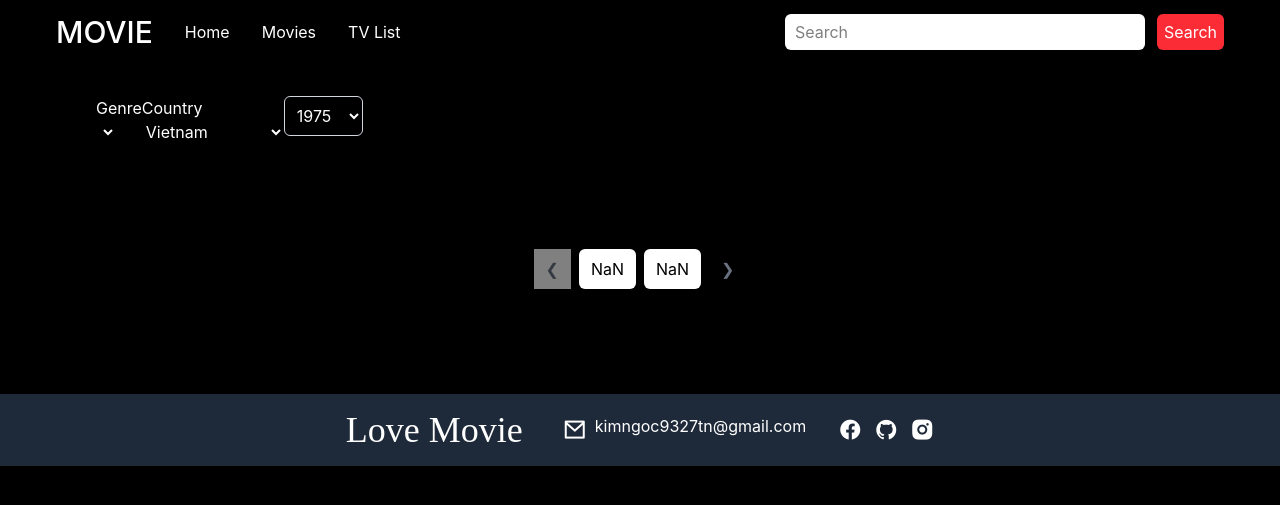
Repository: kimngoc9327/Love_Movie_Project
Page: /search
An editor plug-in stored every save of this project. The page is shown before and after the next save, followed by the edit.
The browser window is 1280 px wide. The pictures show the whole page.
The page's requests for data from a server got no answer. The project was rebuilt for these pictures with package versions that can differ from the ones it lists, and the page was loaded fresh each time. No one was signed in, and anything a server would have sent is missing. Also part of the build but not shown: vite.config.js, src/components/ui/VoteAverage.jsx, src/components/ui/MovieCard.jsx, src/components/ui/MovieList.jsx, src/components/ui/Banner.jsx, src/pages/Home.jsx, src/pages/MovieCategory.jsx, src/components/ui/PlayTrailerButton.jsx and 6 more.

Above is the page before, as saved 2025-03-29 18:04:15.

### index.html
<!DOCTYPE html>
<html lang="en">
  <head>
    <meta charset="UTF-8" />
    <link rel="icon" type="image/svg+xml" href="/love-movie-logo.ico" />
    <meta name="viewport" content="width=device-width, initial-scale=1.0" />
    <title>Love Movie</title>
  </head>
  <body>
    <div id="root"></div>
    <script type="module" src="/src/main.jsx"></script>
  </body>
</html>

### src/main.jsx
import { createRoot } from "react-dom/client";
import "./index.css";
import App from "./App.jsx";
import { store } from "./redux/store";
import { Provider } from "react-redux";
import { BrowserRouter } from "react-router-dom";

createRoot(document.getElementById("root")).render(
  <BrowserRouter>
    <Provider store={store}>
      <App />
    </Provider>
  </BrowserRouter>
);

### src/index.css
@import "tailwindcss";
@import "remixicon/fonts/remixicon.css";

:root {
  font-family: Inter, system-ui, Avenir, Helvetica, Arial, sans-serif;
  background-color: black;
}

/* a {
  font-weight: 500;
  color: #646cff;
  text-decoration: inherit;
}
a:hover {
  color: #535bf2;
}

body {
  margin: 0;
  display: flex;
  place-items: center;
  min-width: 320px;
  min-height: 100vh;
}

h1 {
  font-size: 3.2em;
  line-height: 1.1;
}

button {
  border-radius: 8px;
  border: 1px solid transparent;
  padding: 0.6em 1.2em;
  font-size: 1em;
  font-weight: 500;
  font-family: inherit;
  background-color: #1a1a1a;
  cursor: pointer;
  transition: border-color 0.25s;
}
button:hover {
  border-color: #646cff;
}
button:focus,
button:focus-visible {
  outline: 4px auto -webkit-focus-ring-color;
}

@media (prefers-color-scheme: light) {
  :root {
    color: #213547;
    background-color: #ffffff;
  }
  a:hover {
    color: #747bff;
  }
  button {
    background-color: #f9f9f9;
  }
} */

### src/App.jsx
import { Route, Routes } from "react-router-dom";
import publicRoutes from "./routes";
import DefaultLayout from "./components/layout/DefaultLayout";
import { Fragment } from "react";
function App() {
  return (
    <>
      <Routes>
        {publicRoutes.map((route, index) => {
          const Page = route.component;
          let Layout = DefaultLayout;
          if (route.layout) {
            Layout = route.layout;
          } else if (route.layout === null) {
            Layout = Fragment;
          }
          return (
            <Route
              key={index}
              path={route.path}
              element={
                <Layout>
                  <Page />
                </Layout>
              }
            />
          );
        })}
      </Routes>
    </>
  );
}

export default App;

### src/redux/store.jsx
import { createStore, applyMiddleware } from "redux";
import { rootReducer } from "./rootReducer";
import { thunk } from "redux-thunk";

const store = createStore(rootReducer, applyMiddleware(thunk));

export { store };

### src/routes/index.jsx
import DefaultLayout from "../components/layout/DefaultLayout";
import Home from "../pages/Home";
import MovieCategory from "../pages/MovieCategory";
import Movie from "../pages/Movie";
import MovieGenre from "../pages/MovieGenre";
import SearchMovie from "../pages/SearchMovie";
// import SearchMovie from "../pages/SearchMovie";

const publicRoutes = [
  { path: "/", component: Home, layout: DefaultLayout },
  { path: "/genre", component: MovieGenre, layout: DefaultLayout },
  { path: "/movieCategory", component: MovieCategory, layout: DefaultLayout },
  { path: "/movie", component: Movie, layout: DefaultLayout },
  { path: "/search", component: SearchMovie, layout: DefaultLayout },
];

export default publicRoutes;

### src/components/layout/DefaultLayout.jsx
import Header from "./Header";
import Footer from "./Footer";
import PropTypes from "prop-types";

function DefaultLayout({ children }) {
  return (
    <div>
      <Header />
      <div>{children}</div>
      <Footer />
    </div>
  );
}

DefaultLayout.propTypes = {
  children: PropTypes.any,
};

export default DefaultLayout;

### src/redux/rootReducer.jsx
import { combineReducers } from "redux";
import movieReducer from "./reducer/movieReducer";

export const rootReducer = combineReducers({
  movieReducer,
});

### src/pages/SearchMovie.jsx
import { useEffect, useState } from "react";
import { useDispatch, useSelector } from "react-redux";
import { useLocation, useNavigate } from "react-router-dom";
import { searchMovie } from "../redux/actions/movieActions";
import MovieCard from "../components/ui/MovieCard";
import { POSTER_PATH } from "../constants/constants";
import PaginationButton from "../components/ui/PaginationButton";
import MovieFilterBar from "../components/ui/MovieFilterBar";

function SearchMovie() {
  const dispatch = useDispatch();
  const location = useLocation();
  const navigate = useNavigate();

  const queryParams = new URLSearchParams(location.search);
  const query = queryParams.get("query");
  const movies = useSelector((state) => state.movieReducer.search);
  const [page, setPage] = useState(1);

  useEffect(() => {
    if (query) {
      const params = {
        page: page,
        query: query,
      };
      dispatch(searchMovie(params));
    }
  }, [dispatch, query, page]);

  useEffect(() => {
    console.log(movies);
  });

  const totalPages = movies?.total_pages;

  const handleSelectMovie = (id) => {
    navigate(`/movie?id=${id}`);
  };

  return (
    <div className="flex flex-col items-center  m-24 ">
      <MovieFilterBar />

      <div className="grid grid-cols-4 gap-8  my-12">
        {movies?.results
          ?.filter((movie) => movie.title && movie.poster_path)
          .map((movie) => (
            <div onClick={() => handleSelectMovie(movie?.id)} key={movie.id}>
              <MovieCard
                title={movie?.title}
                poster={POSTER_PATH + movie?.poster_path}
                vote={Number(movie?.vote_average.toFixed(2))}
              />
            </div>
          ))}
      </div>
      <PaginationButton
        currentPage={page}
        onPageChange={setPage}
        totalPages={totalPages}
      />
    </div>
  );
}

export default SearchMovie;

### src/components/layout/Header.jsx
import { Link } from "react-router-dom";
import MovieDropdown from "../ui/MovieDropdown";
import SearchInput from "../ui/SearchInput";

const Header = () => {
  return (
    <div className="flex fixed z-50 w-screen top-0 items-center text-white p-[24px] h-[64px] bg-black">
      <div className="flex space-x-8 items-center ml-8">
        <Link to="/">
          <p className="hover:text-red-500 font-medium text-3xl">MOVIE</p>
        </Link>
        <Link to="/">
          <p className="hover:text-red-500 text-base">Home</p>
        </Link>
        <MovieDropdown />
        <p className="hover:text-red-500  text-base">TV List</p>
      </div>
      <SearchInput />
    </div>
  );
};

export default Header;

### src/components/layout/Footer.jsx
function Footer() {
  return (
    <div className="flex space-x-10 mt-12 p-4 items-center justify-center text-white bg-gray-800">
      <p className="font-[fantasy] text-4xl ">Love Movie</p>
      <div className="flex space-x-8">
        <div className="space-y-3">
          <div className="flex space-x-2">
            <i className="ri-mail-line text-2xl"></i>{" "}
            <p>kimngoc9327tn@gmail.com</p>
          </div>
        </div>
        <div className="flex space-x-3">
          <i className="ri-facebook-circle-fill  text-2xl"></i>
          <i className="ri-github-fill  text-2xl"></i>
          <i className="ri-instagram-fill  text-2xl"></i>
        </div>
      </div>
    </div>
  );
}

export default Footer;

### src/redux/reducer/movieReducer.jsx
import {
  GET_GENRE_MOVIE,
  GET_MOVIE,
  GET_MOVIE_COLLECTION,
  GET_MOVIE_DISCOVER,
  GET_MOVIES,
  SEARCH_MOVIE,
} from "../types";

const initialState = {
  movies: {},
  genres: {},
  search: {},
  collection: null,
  currentMovie: null,
};

const movieReducer = (state = initialState, action) => {
  switch (action.type) {
    case GET_MOVIES:
      return {
        ...state,
        movies: { ...state.movies, [action.category]: action.payload },
      };
    case GET_MOVIE_DISCOVER:
      return { ...state, movies: action.payload };
    case GET_MOVIE_COLLECTION:
      return { ...state, collection: action.payload };
    case GET_GENRE_MOVIE:
      return { ...state, genres: action.payload };
    case SEARCH_MOVIE:
      return { ...state, search: action.payload };
    case GET_MOVIE:
      return { ...state, currentMovie: action.payload };
    default:
      return state;
  }
};

export default movieReducer;

### src/redux/actions/movieActions.jsx
import axios from "axios";
import {
  GET_MOVIES,
  GET_MOVIE,
  GET_MOVIE_DISCOVER,
  GET_GENRE_MOVIE,
  GET_MOVIE_COLLECTION,
  SEARCH_MOVIE,
} from "../types";
import { AUTH_TOKEN, BASE_URL } from "../../constants/constants";

const getMovies =
  (category, params = {}) =>
  async (dispatch) => {
    try {
      const response = await axios.get(`${BASE_URL}/movie/${category}`, {
        headers: {
          Authorization: `Bearer ${AUTH_TOKEN}`,
        },
        params: {
          ...params,
        },
      });

      dispatch({ type: GET_MOVIES, payload: response.data, category });
    } catch (error) {
      console.error(error);
    }
  };

const getMovieDiscover =
  (params = {}) =>
  async (dispatch) => {
    try {
      const response = await axios.get(`${BASE_URL}/discover/movie`, {
        headers: {
          Authorization: `Bearer ${import.meta.env.VITE_API_TOKEN}`,
        },
        params: {
          ...params,
        },
      });

      dispatch({ type: GET_MOVIE_DISCOVER, payload: response.data });
    } catch (error) {
      console.log(error);
    }
  };

const getGenreMovie = () => async (dispatch) => {
  try {
    const response = await axios.get(`${BASE_URL}/genre/movie/list`, {
      headers: {
        Authorization: `Bearer ${AUTH_TOKEN}`,
      },
    });

    dispatch({ type: GET_GENRE_MOVIE, payload: response.data });
  } catch (error) {
    console.log(error);
  }
};

const getMovieCollection = (id) => async (dispatch) => {
  try {
    const response = await axios.get(`${BASE_URL}/collection/${id}`, {
      headers: {
        Authorization: `Bearer ${AUTH_TOKEN}`,
      },
    });
    dispatch({ type: GET_MOVIE_COLLECTION, payload: response.data });
  } catch (error) {
    console.log(error);
  }
};

const searchMovie =
  (params = {}) =>
  async (dispatch) => {
    try {
      const response = await axios.get(`${BASE_URL}/search/movie`, {
        headers: {
          Authorization: `Bearer ${AUTH_TOKEN}`,
        },
        params: {
          ...params,
        },
      });

      dispatch({ type: SEARCH_MOVIE, payload: response.data });
    } catch (error) {
      console.log(error);
    }
  };

const getMovie = (id) => async (dispatch) => {
  try {
    const response = await axios.get(`${BASE_URL}/movie/${id}`, {
      headers: {
        Authorization: `Bearer ${AUTH_TOKEN}`,
      },
      params: {
        append_to_response: "videos,translations,casts",
        language: "en-US",
      },
    });

    dispatch({ type: GET_MOVIE, payload: response.data });
  } catch (error) {
    console.log(error);
  }
};

export {
  getMovies,
  getMovie,
  getMovieDiscover,
  getGenreMovie,
  getMovieCollection,
  searchMovie,
};

### src/constants/constants.jsx
export const API_KEY = import.meta.env.VITE_API_KEY;
export const AUTH_TOKEN = import.meta.env.VITE_API_TOKEN;
export const DEFAULT_IMAGE =
  "https://www.themoviedb.org/assets/2/v4/glyphicons/basic/glyphicons-basic-38-picture-grey-c2ebdbb057f2a7614185931650f8cee23fa137b93812ccb132b9df511df1cfac.svg";
export const POSTER_PATH = `https://image.tmdb.org/t/p/w500`;
export const BACKDROP_PATH = `https://image.tmdb.org/t/p/original`;
export const BASE_URL = `https://api.themoviedb.org/3`;

### src/components/ui/PaginationButton.jsx
import PropTypes from "prop-types";

const PaginationButton = ({ currentPage, totalPages, onPageChange }) => {
  const getPageNumbers = () => {
    const pages = [];
    const maxPages = Math.min(totalPages, 500);

    if (maxPages <= 6) {
      for (let i = 1; i <= maxPages; i++) pages.push(i);
    } else {
      if (currentPage > 1) pages.push(1, "...");

      if (currentPage < maxPages - 1) {
        pages.push(currentPage);
        if (currentPage + 1 <= maxPages) pages.push(currentPage + 1);
        if (currentPage + 2 <= maxPages) pages.push(currentPage + 2);
      }

      if (currentPage < maxPages - 2) pages.push("...");

      pages.push(maxPages - 1, maxPages);
    }

    return pages;
  };

  return (
    <div className="flex items-center space-x-2 border rounded-md px-4 py-2">
      <button
        className={`px-3 py-2 bg-white text-gray-500 hover:cursor-pointer ${
          currentPage === 1
            ? "opacity-50 cursor-not-allowed"
            : "hover:bg-gray-200"
        }`}
        disabled={currentPage === 1}
        onClick={() => onPageChange(currentPage - 1)}
      >
        ❮
      </button>

      {getPageNumbers().map((page, index) =>
        page === "..." ? (
          <span key={index} className="px-3 py-2 text-gray-500 ">
            ...
          </span>
        ) : (
          <button
            key={index}
            className={`px-3 py-2 bg-white rounded-md hover:cursor-pointer ${
              currentPage === page
                ? "!bg-indigo-600 text-white"
                : "hover:bg-gray-200"
            }`}
            onClick={() => onPageChange(page)}
          >
            {page}
          </button>
        )
      )}

      <button
        className={`px-3 py-2 text-gray-500 hover:cursor-pointer ${
          currentPage === totalPages
            ? "opacity-50 cursor-not-allowed"
            : "hover:bg-gray-200"
        }`}
        disabled={currentPage === totalPages}
        onClick={() => onPageChange(currentPage + 1)}
      >
        ❯
      </button>
    </div>
  );
};

PaginationButton.propTypes = {
  currentPage: PropTypes.any,
  onPageChange: PropTypes.any,
  totalPages: PropTypes.any,
};

export default PaginationButton;

### src/components/ui/MovieFilterBar.jsx
import { useEffect } from "react";
import { useDispatch, useSelector } from "react-redux";
import { getGenreMovie } from "../../redux/actions/movieActions";

function MovieFilterBar() {
  const countries = [
    {
      name: "Vietnam",
      iso_3166_1: "VN",
    },
    {
      name: "South Korea",
      iso_3166_1: "KR",
    },
    {
      name: "China",
      iso_3166_1: "CN",
    },
    {
      name: "Japan",
      iso_3166_1: "JP",
    },
    {
      name: "Taiwan",
      iso_3166_1: "TW",
    },
    {
      name: "Hong Kong",
      iso_3166_1: "HK",
    },
    {
      name: "Thailand",
      iso_3166_1: "TH",
    },
    {
      name: "Indonesia",
      iso_3166_1: "ID",
    },
    {
      name: "United Kingdom",
      iso_3166_1: "GB",
    },
    {
      name: "United States",
      iso_3166_1: "US",
    },
    {
      name: "France",
      iso_3166_1: "FR",
    },
    {
      name: "India",
      iso_3166_1: "IN",
    },
  ];

  const startYear = 1975;
  const endYear = 2025;
  const years = Array.from(
    { length: endYear - startYear + 1 },
    (_, i) => startYear + i
  );

  const dispatch = useDispatch();
  const genres = useSelector((state) => state.movieReducer.genres);

  useEffect(() => {
    dispatch(getGenreMovie());
  }, [dispatch]);
  return (
    <div className="flex text-white w-full">
      <div>
        <p>Genre</p>
        <select>
          {genres?.genres?.map((genre, index) => (
            <option key={index}> {genre.name} </option>
          ))}
        </select>
      </div>

      <div>
        <p>Country</p>
        <select name="" id="">
          {countries.map((country, index) => (
            <option key={index} value={country.iso_3166_1}>
              {country.name}
            </option>
          ))}
        </select>
      </div>

      <div>
        <select className="border border-gray-300 rounded-md p-2">
          {years.map((year) => (
            <option key={year} value={year}>
              {year}
            </option>
          ))}
        </select>
      </div>
    </div>
  );
}

export default MovieFilterBar;

### src/components/ui/MovieDropdown.jsx
import { Menu, MenuButton, MenuItem, MenuItems } from "@headlessui/react";
import { useEffect, useState } from "react";
import { useDispatch, useSelector } from "react-redux";
import {
  getGenreMovie,
  getMovieDiscover,
} from "../../redux/actions/movieActions";
import { useNavigate } from "react-router-dom";

function MovieDropdown() {
  const [isOpen, setIsOpen] = useState(false);
  const dispatch = useDispatch();
  const navigate = useNavigate();
  const genres = useSelector((state) => state.movieReducer.genres);

  useEffect(() => {
    dispatch(getGenreMovie());
  }, [dispatch]);

  const handleGenreSelect = (genreId) => {
    dispatch(getMovieDiscover(genreId));
    navigate(`/genre?genre=${genreId}`);
    setIsOpen(false);
  };

  return (
    <div className="relative" onMouseUp={() => setIsOpen(true)}>
      <Menu>
        <MenuButton className="hover:text-red-500 text-base">Movies</MenuButton>
        {isOpen && (
          <MenuItems className="grid grid-cols-3 gap-4 absolute left-0 mt-2 w-150 p-2 origin-top-right rounded-md bg-black ring-1 z-40 focus:outline-none">
            {genres?.genres?.map((genre) => (
              <MenuItem
                id={genre.id}
                key={genre.id}
                as="div"
                className="px-4 py-2 text-white hover:bg-gray-700 cursor-pointer"
                onClick={() => handleGenreSelect(genre.id)}
              >
                {genre.name}
              </MenuItem>
            ))}
          </MenuItems>
        )}
      </Menu>
    </div>
  );
}

export default MovieDropdown;

### src/components/ui/SearchInput.jsx
// import { useEffect, useState } from "react";
// import { useDispatch, useSelector } from "react-redux";
// import { useLocation, useNavigate } from "react-router-dom";
// import { searchMovie } from "../../redux/actions/movieActions";
// import { POSTER_PATH } from "../../constants/constants";

// function SearchInput() {
//   const navigate = useNavigate();
//   const dispatch = useDispatch();
//   const location = useLocation();
//   const movies = useSelector((state) => state.movieReducer.search);
//   // const [page, setPage] = useState(1);
//   const [query, setQuery] = useState("");
//   const [showResults, setShowResults] = useState(false);

//   useEffect(() => {
//     const timer = setTimeout(() => {
//       dispatch(searchMovie({ query: query }));
//       setShowResults(true);
//     }, 500);

//     return () => clearTimeout(timer);
//   }, [dispatch, query]);

//   useEffect(() => {
//     setShowResults(false);
//   }, [location.pathname, location.search]);

//   const handleSearch = (e) => {
//     e.preventDefault();
//     navigate(`/search?query=${query}`);
//   };

//   const handleSelectMovie = (id) => {
//     navigate(`/movie?id=${id}`);
//     setShowResults(false);
//     setQuery("");
//   };

//   return (
//     <>
//       <form
//         onSubmit={handleSearch}
//         className="ml-auto mr-8  flex items-center space-x-3"
//       >
//         <input
//           className="h-[36px] w-90 text-black pl-[10px] bg-white rounded-md "
//           placeholder="Search"
//           value={query || ""}
//           onChange={(e) => setQuery(e.target.value)}
//         />
//         <button
//           type="submit"
//           className="bg-red-500 px-[7px] h-[36px] text-center rounded-md"
//         >
//           Search
//         </button>

//         {showResults && movies?.results?.length > 0 && (
//           <div className="absolute w-90 top-14 bg-black text-white mt-2 rounded-md shadow-lg p-2">
//             {movies?.results?.slice(0, 8).map((movie, index) => (
//               <div
//                 onClick={() => handleSelectMovie(movie?.id)}
//                 key={index}
//                 className=" p-2 cursor-pointer hover:bg-gray-800 flex space-x-4 items-center"
//               >
//                 <img
//                   src={POSTER_PATH + movie.poster_path}
//                   className="object-cover w-10 h-10"
//                 />
//                 <span className="text-gray-300">{movie.title}</span>
//               </div>
//             ))}
//           </div>
//         )}
//       </form>
//     </>
//   );
// }

// export default SearchInput;

import { useEffect, useState, useRef } from "react";
// import { useDispatch, useSelector } from "react-redux";
import { useLocation, useNavigate } from "react-router-dom";
// import { searchMovie } from "../../redux/actions/movieActions";
import { AUTH_TOKEN, BASE_URL, POSTER_PATH } from "../../constants/constants";
import axios from "axios";

function SearchInput() {
  const navigate = useNavigate();
  // const dispatch = useDispatch();
  const location = useLocation();
  // const movies = useSelector((state) => state.movieReducer.search);
  const [query, setQuery] = useState("");
  const [showResults, setShowResults] = useState(false);

  // Tạo ref để tham chiếu đến hộp kết quả tìm kiếm
  const resultsRef = useRef(null);

  const [suggestions, setSuggestions] = useState([]); // Thêm state cục bộ để lưu kết quả gợi ý

  useEffect(() => {
    if (query.trim() === "") {
      setSuggestions([]);
      return;
    }

    const timer = setTimeout(async () => {
      try {
        const response = await axios.get(`${BASE_URL}/search/movie`, {
          headers: {
            Authorization: `Bearer ${AUTH_TOKEN}`,
          },
          params: {
            query: query,
            include_adult: false,
            language: "en-US",
            page: 1,
          },
        });

        setSuggestions(response.data);
        setShowResults(true);
      } catch (error) {
        console.error("Lỗi khi tìm kiếm phim:", error);
        setSuggestions([]);
      }
    }, 500);

    return () => clearTimeout(timer);
  }, [query]);

  useEffect(() => {
    console.log(suggestions);
  });

  useEffect(() => {
    setShowResults(false);
  }, [location.pathname, location.search]);

  // Đóng showResults khi click ra ngoài
  useEffect(() => {
    function handleClickOutside(event) {
      if (resultsRef.current && !resultsRef.current.contains(event.target)) {
        setShowResults(false);
      }
    }

    document.addEventListener("mousedown", handleClickOutside);
    return () => document.removeEventListener("mousedown", handleClickOutside);
  }, []);

  const handleSearch = (e) => {
    e.preventDefault();
    navigate(`/search?query=${query}`);
  };

  const handleSelectMovie = (id) => {
    navigate(`/movie?id=${id}`);
    setShowResults(false);
    setQuery("");
  };

  return (
    <>
      <form
        onSubmit={handleSearch}
        className="ml-auto mr-8 flex items-center space-x-3 relative"
      >
        <input
          className="h-[36px] w-90 text-black pl-[10px] bg-white rounded-md"
          placeholder="Search"
          value={query || ""}
          onChange={(e) => setQuery(e.target.value)}
        />
        <button
          type="submit"
          className="bg-red-500 px-[7px] h-[36px] text-center rounded-md"
        >
          Search
        </button>

        {/* Hiển thị kết quả tìm kiếm */}
        {showResults && suggestions?.results?.length > 0 && (
          <div
            ref={resultsRef} // Gán ref vào hộp kết quả
            className="absolute w-90 top-14 bg-black text-white mt-2 rounded-md shadow-lg p-2"
          >
            {suggestions?.results?.slice(0, 8).map((movie, index) => (
              <div
                onClick={() => handleSelectMovie(movie?.id)}
                key={index}
                className="p-2 cursor-pointer hover:bg-gray-800 flex space-x-4 items-center"
              >
                <img
                  src={POSTER_PATH + movie.poster_path}
                  className="object-cover w-10 h-10"
                />
                <span className="text-gray-300">{movie.title}</span>
              </div>
            ))}
          </div>
        )}
      </form>
    </>
  );
}

export default SearchInput;

### src/redux/types.jsx
export const GET_MOVIES = "GET_MOVIES";
export const GET_MOVIE = "GET_MOVIE";
export const GET_GENRE_MOVIE = "GET_GENRE_MOVIE";
export const GET_MOVIE_DISCOVER = "GET_MOVIE_DISCOVER";
export const GET_MOVIE_COLLECTION = "GET_MOVIE_COLLECTION";
export const SEARCH_MOVIE = "SEARCH_MOVIE";

After the next save:
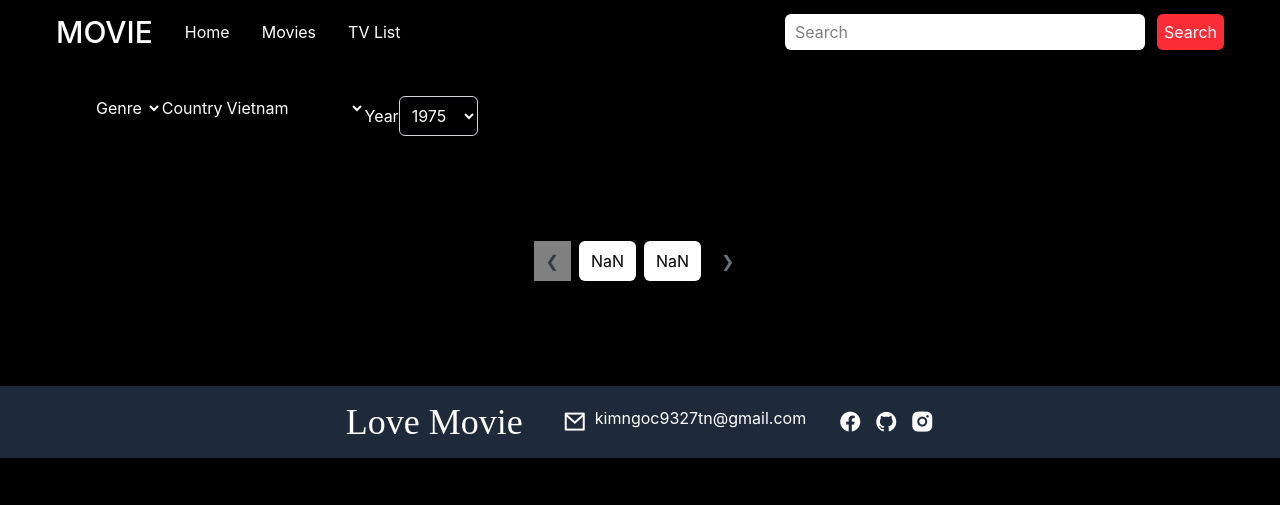
Saved 35 s later.
--- a/src/components/ui/MovieFilterBar.jsx
+++ b/src/components/ui/MovieFilterBar.jsx
@@ -70,7 +70,7 @@ function MovieFilterBar() {
   return (
     <div className="flex text-white w-full">
       <div>
-        <p>Genre</p>
+        <label>Genre</label>
         <select>
           {genres?.genres?.map((genre, index) => (
             <option key={index}> {genre.name} </option>
@@ -79,7 +79,7 @@ function MovieFilterBar() {
       </div>
 
       <div>
-        <p>Country</p>
+        <label>Country</label>
         <select name="" id="">
           {countries.map((country, index) => (
             <option key={index} value={country.iso_3166_1}>
@@ -90,6 +90,8 @@ function MovieFilterBar() {
       </div>
 
       <div>
+        {" "}
+        <label htmlFor="">Year</label>
         <select className="border border-gray-300 rounded-md p-2">
           {years.map((year) => (
             <option key={year} value={year}>
